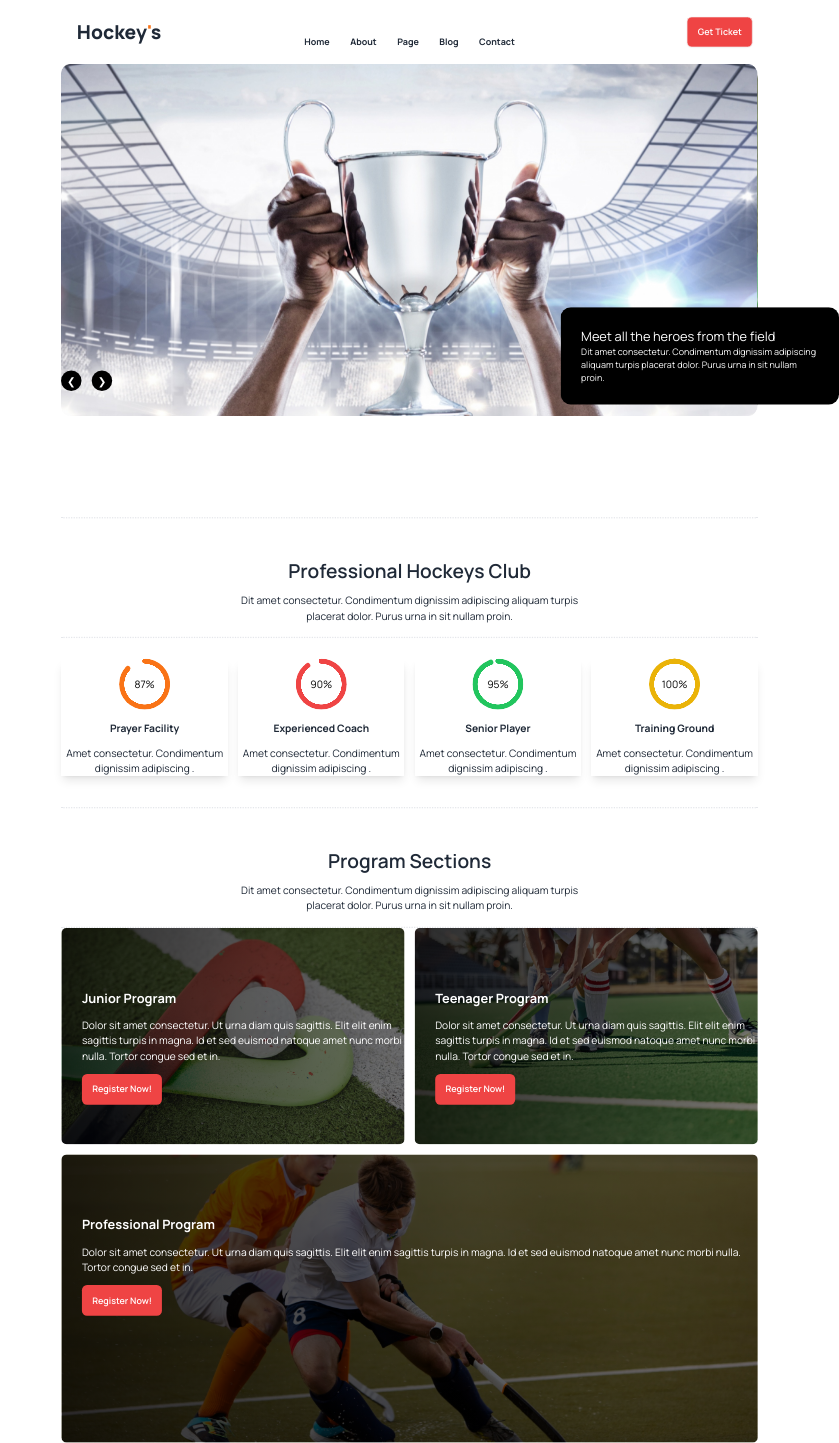
Repository: RudrasahaDibos/Hockey-
Page: index.html
The author's editor kept a copy of each file at every save. The page is drawn from the files as they stood at one save, then again after the next save.
The browser window is 1280 px wide. The page is 1311 px wide, so the pictures cover 1311 px, including what lies to the right of the window. The pictures show the whole page, at 64% of full size.
Some web libraries are served in a nearby version.

Above is the page before, as saved 2024-10-23 22:43:52.

### index.html
<!DOCTYPE html>
<html lang="en">
<head>
    <meta charset="UTF-8">
    <meta name="viewport" content="width=device-width, initial-scale=1.0">
    <title>Hockeys</title>
    <!-- Tailwinds css -->
    <link href="https://cdn.jsdelivr.net/npm/daisyui@4.12.13/dist/full.min.css" rel="stylesheet" type="text/css" />
    <script src="https://cdn.tailwindcss.com"></script>
    <!-- Font asome -->
    <link rel="stylesheet" href="https://cdnjs.cloudflare.com/ajax/libs/font-awesome/6.6.0/css/all.min.css" integrity="sha512-Kc323vGBEqzTmouAECnVceyQqyqdsSiqLQISBL29aUW4U/M7pSPA/gEUZQqv1cwx4OnYxTxve5UMg5GT6L4JJg==" crossorigin="anonymous" referrerpolicy="no-referrer" />
   <!-- tailwind custom css -->
   <script>
    tailwind.config = {
      theme: {
        extend: {
          colors: {
            clifford: '#da373d',
          }
        }
      }
    }
  </script>
  <!-- google Font  -->
  <link rel="preconnect" href="https://fonts.googleapis.com">
  <link rel="preconnect" href="https://fonts.gstatic.com" crossorigin>
  <link href="https://fonts.googleapis.com/css2?family=Manrope:wght@200..800&display=swap" rel="stylesheet">

  <style>
.manrope {
  font-family: "Manrope", serif;
}
  </style>

</head>
<body class="manrope">
    <!-- header section start here -->
       <header class="container mx-auto lg:px-24 px-8">
                 <!-- navber start here -->
                     <nav>
                        <div class="navbar bg-base-100">
                            <div class="navbar-start">
                              <div class="dropdown">
                                <div tabindex="0" role="button" class="  lg:hidden">
                                  <svg
                                    xmlns="http://www.w3.org/2000/svg"
                                    class="h-5 w-5"
                                    fill="none"
                                    viewBox="0 0 24 24"
                                    stroke="currentColor">
                                    <path
                                      stroke-linecap="round"
                                      stroke-linejoin="round"
                                      stroke-width="2"
                                      d="M4 6h16M4 12h8m-8 6h16" />
                                  </svg>
                                </div>
                                <ul
                                  tabindex="0"
                                  class="menu menu-sm dropdown-content bg-base-100 rounded-box z-[1] mt-3 w-52 p-2 shadow">

                                    <li><a>Home</a></li>
                                    <li><a>About</a></li>
                                    <li><a>Page</a></li>
                                    <li><a>Blog</a></li>
                                    <li><a>Contact</a></li>

                                </ul>
                              </div>

                              <a class=" ml-4  text-2xl lg:text-3xl font-extrabold ">Hockey<span class="text-orange-500">'</span>s</a>

                            </div>
                            <div class="navbar-center hidden lg:flex">
                              <ul class="menu menu-horizontal px-1 mt-8">
                                <li class="hover:text-orange-500 font-bold"><a>Home</a></li>
                                <li  class="hover:text-orange-500 font-bold"><a>About</a></li>
                                <li  class="hover:text-orange-500 font-bold"><a>Page</a></li>
                                <li  class="hover:text-orange-500 font-bold"><a>Blog</a></li>
                                <li  class="hover:text-orange-500 font-bold"><a>Contact</a></li>
                              </ul>
                            </div>
                            <div class="navbar-end  lg:ml-0 ml-20">

                              <a class="btn bg-red-500 text-white  ">Get Ticket</a>
                            </div>
                          </div>
                     </nav>
                 <!-- navber end here -->

                  <!-- banner start here -->
                     <div>
                      <div class="carousel w-full">
                        <div id="slide1" class="carousel-item relative w-full ">
                          <img
                            src="Images/1.png"
                            class="w-full lg:h-[550px] " />
                          <div class="absolute lg:left-0 lg:right-0 lg:top-[90%] left-[90px] top-[80%] flex -translate-y-1/2 transform gap-4">
                            <div class=" h-8 w-8 rounded-full bg-black text-white flex justify-center items-center ">
                              <a href="#slide4" class="lg:btn lg:btn-circle">❮</a>
                            </div>
                            <div class="h-8 w-8 rounded-full bg-black text-white flex justify-center items-center">
                              <a href="#slide2" class="lg:btn lg:btn-circle ">❯</a>
                            </div>
                          </div>
                        </div>
                        <div id="slide2" class="carousel-item relative w-full">
                          <img
                            src="Images/2.png"
                            class="w-full lg:h-[550px]" />
                            <div class="absolute lg:left-0 lg:right-0 lg:top-[90%] left-[90px] top-[80%] flex -translate-y-1/2 transform gap-4">
                              <div class=" h-8 w-8 rounded-full bg-black text-white flex justify-center items-center ">
                                <a href="#slide1" class="lg:btn lg:btn-circle">❮</a>
                              </div>
                              <div class="h-8 w-8 rounded-full bg-black text-white flex justify-center items-center">
                                <a href="#slide3" class="lg:btn lg:btn-circle ">❯</a>
                              </div>
                            </div>
                        </div>
                        <div id="slide3" class="carousel-item relative w-full">
                          <img
                            src="Images/3.png"
                            class="w-full lg:h-[550px]" />
                            <div class="absolute lg:left-0 lg:right-0 lg:top-[90%] left-[90px] top-[80%] flex -translate-y-1/2 transform gap-4">
                              <div class=" h-8 w-8 rounded-full bg-black text-white flex justify-center items-center ">
                                <a href="#slide2" class="lg:btn lg:btn-circle">❮</a>
                              </div>
                              <div class="h-8 w-8 rounded-full bg-black text-white flex justify-center items-center">
                                <a href="#slide4" class="lg:btn lg:btn-circle ">❯</a>
                              </div>
                            </div>
                        </div>
                        <div id="slide4" class="carousel-item relative w-full">
                          <img
                            src="Images/4.png"
                            class="w-full lg:h-[550px]" />
                            <div class="absolute lg:left-0 lg:right-0 lg:top-[90%] left-[90px] top-[80%] flex -translate-y-1/2 transform gap-4">
                              <div class=" h-8 w-8 rounded-full bg-black text-white flex justify-center items-center ">
                                <a href="#slide3" class="lg:btn lg:btn-circle">❮</a>
                              </div>
                              <div class="h-8 w-8 rounded-full bg-black text-white flex justify-center items-center">
                                <a href="#slide1" class="lg:btn lg:btn-circle ">❯</a>
                              </div>
                            </div>
                        </div>
                      </div>

                        <!-- meet all hero  -->
                        <div class=" card bg-black  p-2 lg:p-8  lg:w-2/5 lg:-translate-y-44 lg:left-[780px]">
                          <div class="">
                            <h2 class="lg:text-xl bold text-white">Meet all the heroes from the field</h2>
                            <p class="text-sm text-white">Dit amet consectetur. Condimentum dignissim adipiscing aliquam   turpis placerat dolor. Purus urna in sit nullam proin. </p>

                          </div>
                        </div>
                      <!-- meet hero ebds -->


                     </div>


                   <!-- banner end here -->
       </header>
       <!-- Header section End here -->

       <!-- Main secetion start here  -->
        <main>
                      <!-- Professional Hockeys Club start here -->
                         <section class=" container mx-auto lg:px-24 px-8 lg:mt-0  mt-5  ">
                                 <div class="text-center space-y-4 border-dotted border-t-2 border-b-2  border-separate h-[189px] lg:pt-16">
                                     <h1 class=" text-xl lg:text-3xl font-semibold">Professional Hockeys Club</h1>
                                     <p class="lg:w-[50%] lg:mx-auto">Dit amet consectetur. Condimentum dignissim adipiscing aliquam turpis placerat dolor. Purus urna in sit nullam proin. </p>
                                 </div>
                                  <div class="mt-8">
                                        <div class="grid grid-cols-1 md:gird-cols-2 lg:grid-cols-4 gap-4 ">
                                                <div class=" h-50 shadow-lg space-y-4 flex flex-col justify-center items-center">
                                                  <div class="radial-progress text-orange-500  " style="--value:87;" role="progressbar"><span class="text-black"> 87%</span></div>
                                                    <h3 class="font-bold">Prayer Facility</h3>
                                                    <p class="text-center">Amet consectetur. Condimentum dignissim adipiscing .</p>
                                                </div>
                                                <div class=" h-50 shadow-lg space-y-4 flex flex-col justify-center items-center">
                                                  <div class="radial-progress text-red-500  " style="--value:90;" role="progressbar"><span class="text-black"> 90%</span></div>
                                                    <h3 class="font-bold">Experienced Coach</h3>
                                                    <p class="text-center">Amet consectetur. Condimentum dignissim adipiscing .</p>
                                                </div>
                                                <div class=" h-50  shadow-lg space-y-4 flex flex-col justify-center items-center">
                                                  <div class="radial-progress text-green-500  " style="--value:95;" role="progressbar"><span class="text-black"> 95%</span></div>
                                                    <h3 class="font-bold">Senior Player</h3>
                                                    <p class="text-center">Amet consectetur. Condimentum dignissim adipiscing .</p>
                                                </div>
                                                <div class=" h-50 shadow-lg space-y-4 flex flex-col justify-center items-center">
                                                  <div class="radial-progress text-yellow-500  " style="--value:100;" role="progressbar"><span class="text-black"> 100%</span></div>
                                                    <h3 class="font-bold">Training Ground</h3>
                                                    <p class="text-center">Amet consectetur. Condimentum dignissim adipiscing .</p>
                                                </div>
                                        </div>
                                  </div>

                         </section>
                       <!-- Professional Hockeys Club end here -->


                       <!-- Program Sections start here -->
                            <section class="container mx-auto lg:px-24 px-8 mt-12 ">
                              <div class="text-center space-y-4 border-dotted border-t-2 border-b-2  border-separate h-[189px] lg:pt-16">
                                <h1 class=" text-xl lg:text-3xl font-semibold">Program Sections</h1>
                                <p class="lg:w-[50%] lg:mx-auto">Dit amet consectetur. Condimentum dignissim adipiscing aliquam turpis placerat dolor. Purus urna in sit nullam proin. </p>
                            </div>
                               <div>
                                <div class="grid  grid-cols-1 lg:grid-cols-2 gap-4">

                                  <div class=" relative bg-no-repeat rounded-lg  bg-center bg-cover  w-full bg-[linear-gradient(90deg,rgb(0,0,0,0.8),rgb(0,0,0,0.5)),url(./images/2.png)] h-[244px] lg:h-[338px]">

                                   <div class="text-start lg:pt-24 space-y-2 lg:space-y-4 pl-8">
                                    <h2 class="text-white text-xl font-bold">Junior Program</h2>
                                    <p class="text-white">Dolor sit amet consectetur. Ut urna diam quis sagittis. Elit elit
                                      enim sagittis turpis in magna. Id et sed euismod natoque amet nunc morbi nulla. Tortor congue sed et in.</p>
                                     <button class="btn bg-red-500 border-none text-white">Register Now!</button>
                                   </div>
                                 </div>

                                  <div class="relative  bg-no-repeat rounded-lg  bg-center bg-cover  w-full bg-[linear-gradient(90deg,rgb(0,0,0,0.8),rgb(0,0,0,0.5)),url(./images/3.png)] h-[244px] lg:h-[338px]">
                                    <div class="text-start lg:pt-24 space-y-2 lg:space-y-4 pl-8">
                                      <h2 class="text-white text-xl font-bold">Teenager Program</h2>
                                      <p class="text-white">Dolor sit amet consectetur. Ut urna diam quis sagittis. Elit elit
                                        enim sagittis turpis in magna. Id et sed euismod natoque amet nunc morbi nulla. Tortor congue sed et in.</p>
                                       <button class="btn bg-red-500 border-none text-white">Register Now!</button>
                                     </div>
                                  </div>
                                  <div class=" lg:col-span-2 relative  rounded-lg  bg-center bg-cover w-full bg-[linear-gradient(90deg,rgb(0,0,0,0.8),rgb(0,0,0,0.5)),url(./images/4.png)] h-[244px] lg:h-[450px]">
                                    <div class="text-start lg:pt-24 space-y-2 lg:space-y-4 pl-8">
                                      <h2 class="text-white text-xl font-bold">Professional Program</h2>
                                      <p class="text-white w-">Dolor sit amet consectetur. Ut urna diam quis sagittis. Elit elit
                                        enim sagittis turpis in magna. Id et sed euismod natoque amet nunc morbi nulla. Tortor congue sed et in.</p>
                                       <button class="btn bg-red-500 border-none text-white">Register Now!</button>
                                     </div>
                                  </div>
                                </div>
                               </div>
                            </section>

                       <!-- Program Sections end here -->
        </main>
        <!-- main section end here -->

</body>
</html>

After the next save:
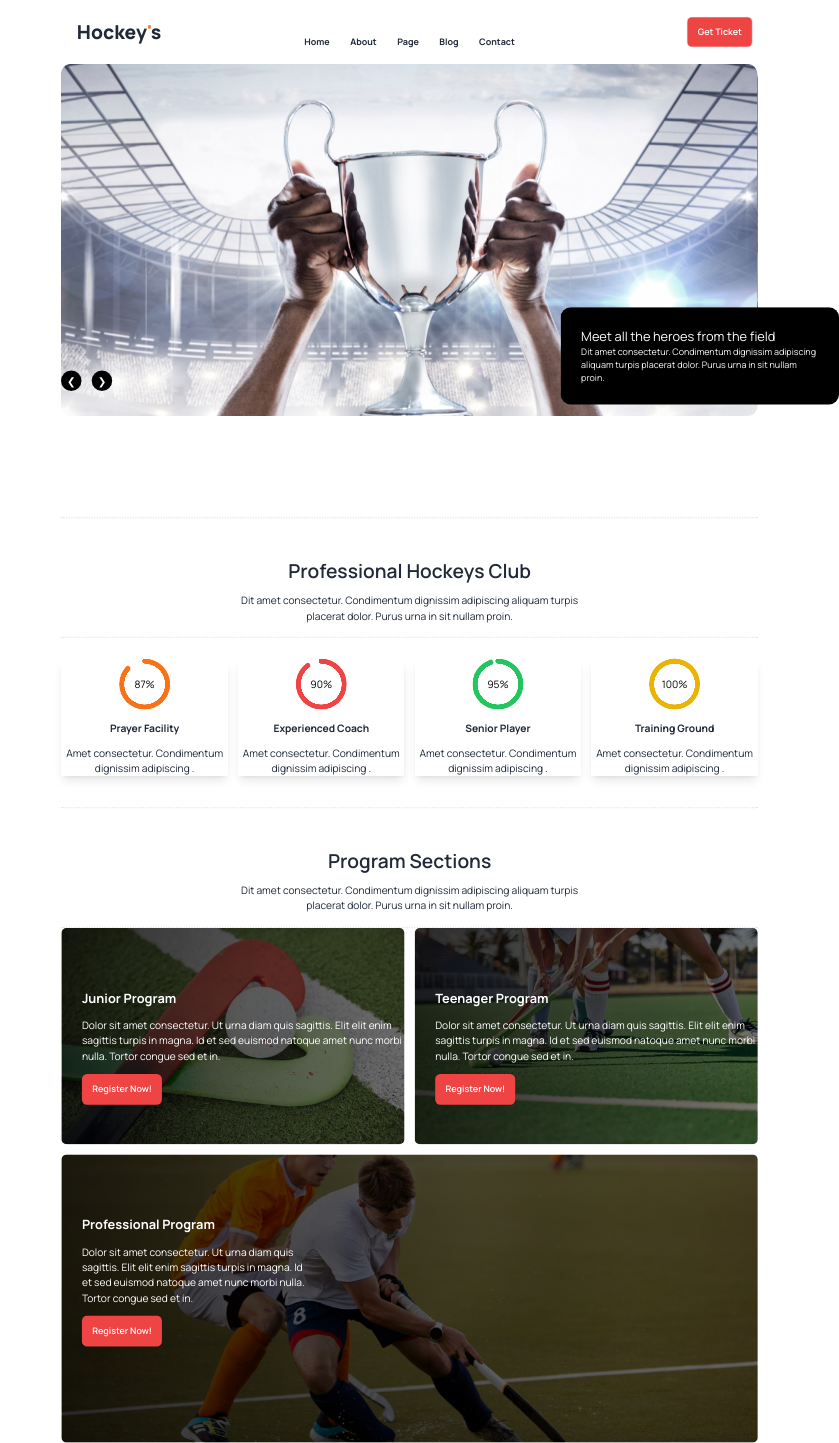
Saved 9 s later.
--- a/index.html
+++ b/index.html
@@ -230,7 +230,7 @@
                                   <div class=" lg:col-span-2 relative  rounded-lg  bg-center bg-cover w-full bg-[linear-gradient(90deg,rgb(0,0,0,0.8),rgb(0,0,0,0.5)),url(./images/4.png)] h-[244px] lg:h-[450px]">
                                     <div class="text-start lg:pt-24 space-y-2 lg:space-y-4 pl-8">
                                       <h2 class="text-white text-xl font-bold">Professional Program</h2>
-                                      <p class="text-white w-">Dolor sit amet consectetur. Ut urna diam quis sagittis. Elit elit
+                                      <p class="text-white w-1/3">Dolor sit amet consectetur. Ut urna diam quis sagittis. Elit elit
                                         enim sagittis turpis in magna. Id et sed euismod natoque amet nunc morbi nulla. Tortor congue sed et in.</p>
                                        <button class="btn bg-red-500 border-none text-white">Register Now!</button>
                                      </div>
